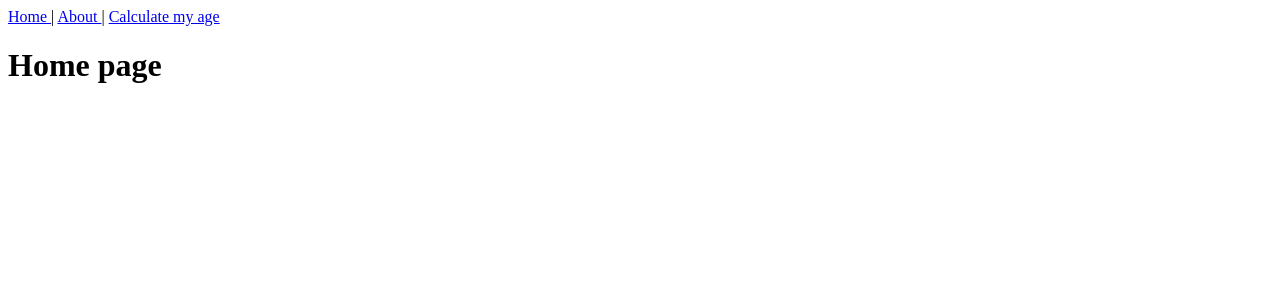
Repository: fahjan/routs-project
Page: http://localhost/
An editor plug-in stored every save of this project. The page is shown before and after the next save, followed by the edit.
The browser window is 1280 px wide. The pictures show the whole page.
Some web fonts or font styles are not loaded; a fallback is used. The page is served by the project's Laravel application, run on PHP 8.4 with Laravel 12.

Above is the page before, as saved 2025-12-24 09:02:26.

After the next save:
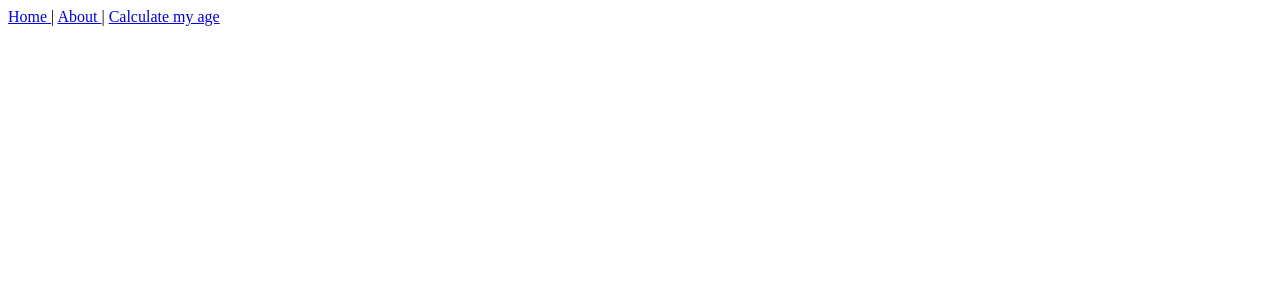
Saved 85 s later.
--- a/resources/views/welcome.blade.php
+++ b/resources/views/welcome.blade.php
@@ -1,6 +1,6 @@
 @extends('layouts.template')
 
-@section('content')
+@section('content1')
     <h1>Home page</h1>
 
 @endsection

After the save that followed:
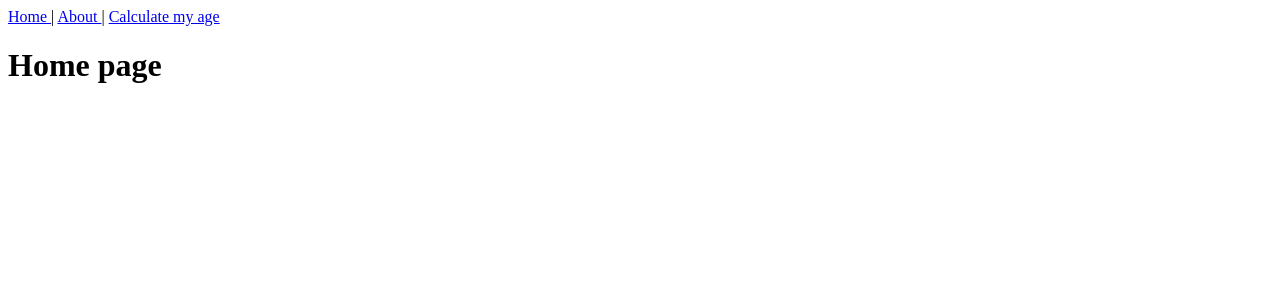
Saved 30 s later.
--- a/resources/views/welcome.blade.php
+++ b/resources/views/welcome.blade.php
@@ -1,6 +1,6 @@
 @extends('layouts.template')
 
-@section('content1')
+@section('content')
     <h1>Home page</h1>
 
 @endsection
